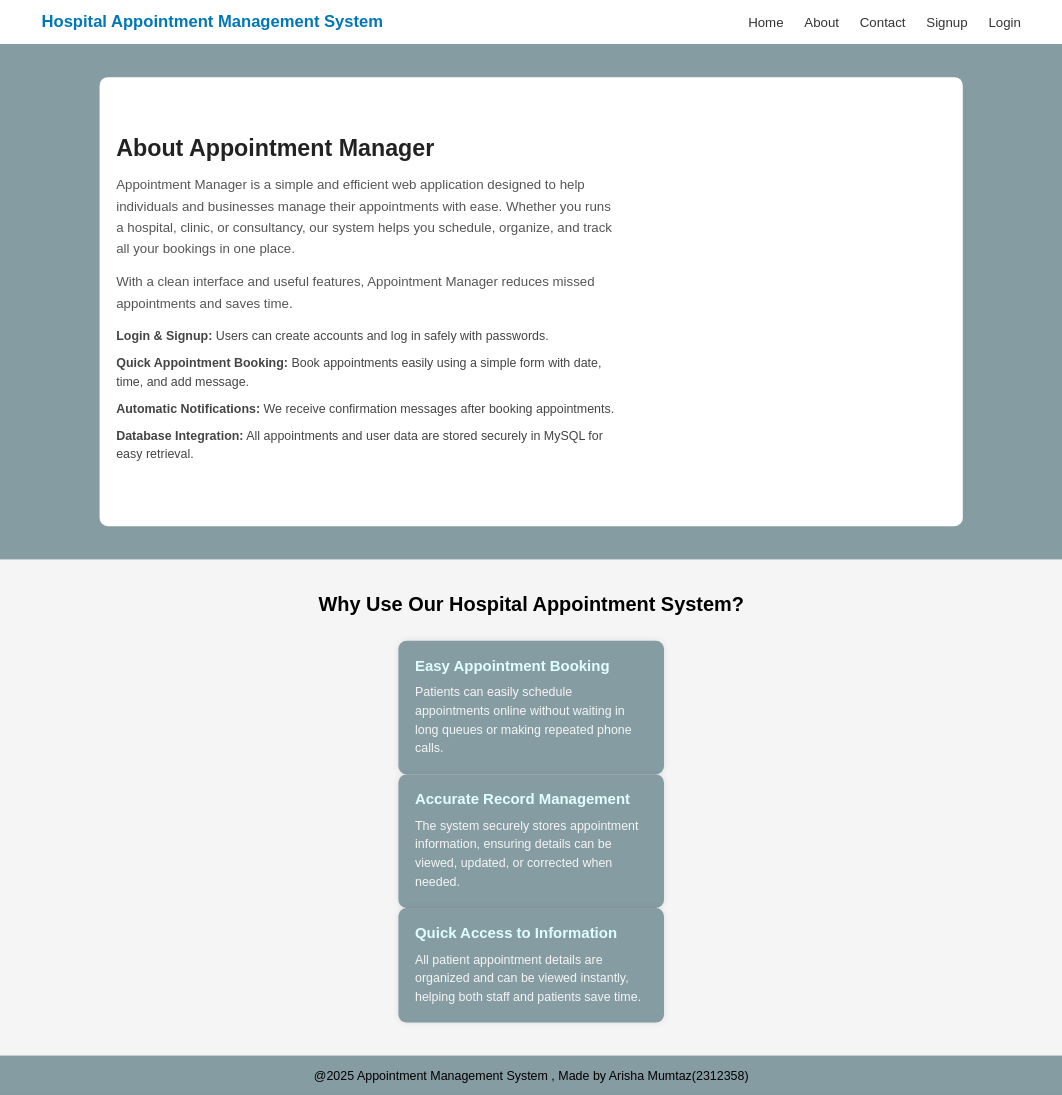
Repository: Arisha004/hospital-management-midterm-
Page: about.html
An editor plug-in stored every save of this project. The page is shown before and after a run of saves, followed by the edit.
The browser window is 1280 px wide. The pictures show the whole page, at 83% of full size.

Above is the page before, as saved 2025-11-02 21:07:09.

### about.html
<html>
<head>
    <title>Document</title>
    <link rel="stylesheet" href="style.css">
    <style>

.about-cards {
  text-align: center;
  padding: 40px 20px;
  background-color: #f5f5f5;
}

.about-cards h3 {
  font-size: 24px;
  margin-bottom: 30px;
  color: black;
}

.card-container {
  display: inline-block;
  justify-content: center;

}

.card {
  background-color: #869CA3;
  width: 280px;
  padding: 20px;
  border-radius: 10px;
  box-shadow: 0 0 8px rgba(0,0,0,0.1);
  text-align: left;
}


.card h4 {
  font-size: 18px;
  margin-bottom: 10px;
  color: lightcyan;
}

.card p {
  font-size: 15px;
  color: whitesmoke;
  line-height: 1.5;
}

      </style>
</head>
<body>
      <header class="navbar">
    <div class="logo">Hospital Appointment Management System</div>
    <nav>
      <ul>
        <li><a href="landingpage.html">Home</a></li>
        <li><a href="about.html">About</a></li>
        <li><a href="contact.html">Contact</a></li>
          <li><a href="signup.php">Signup</a></li>
        <li><a href="login.php">Login</a></li>
      </ul>
    </nav>
  </header>
<div class="container about-inner">

  <div class="about-content">
    <h2>About Appointment Manager</h2>
    <p>
      Appointment Manager is a simple and efficient web application designed to help individuals and businesses
      manage their appointments with ease. Whether you runs a hospital, clinic, or consultancy, our system
      helps you schedule, organize, and track all your bookings in one place.
    </p>
    <p>
      With a clean interface and useful features, Appointment Manager reduces missed appointments and saves time.
    </p>
    <ul class="features">
      <li><strong> Login & Signup:</strong> Users can create accounts and log in safely with  passwords.</li>
<li><strong>Quick Appointment Booking:</strong> Book appointments easily using a simple form with date, time, and add message.</li>
<li><strong>Automatic Notifications:</strong> We receive confirmation messages after booking appointments.</li>
<li><strong>Database Integration:</strong> All appointments and user data are stored securely in MySQL for easy retrieval.</li>

       </ul>
  </div>
  </div>

 <section class="about-cards">
  <h3>Why Use Our Hospital Appointment System?</h3>
  <div class="card-container">

    <div class="card">
      <h4>Easy Appointment Booking</h4>
      <p>Patients can easily schedule appointments online without waiting in long queues or making repeated phone calls.</p>
    </div>

    <div class="card">
      <h4>Accurate Record Management</h4>
      <p>The system securely stores appointment information, ensuring details can be viewed, updated, or corrected when needed.</p>
    </div>

    <div class="card">
      <h4>Quick Access to Information</h4>
      <p>All patient appointment details are organized and can be viewed instantly, helping both staff and patients save time.</p>
    </div>

  </div>
</section>



<footer>
    <p>  @2025 Appointment Management System , Made by Arisha Mumtaz(2312358)</p>
  </footer>
</body>
</html>

### style.css

* {
  margin: 0;
  padding: 0;
  font-family: 'Poppins', sans-serif;
}

body {
  background: #869CA3;
  color: #333;
}

.about {
  background-color: #f9f9f9;
  padding: 80px 0; /*80px top & bottom, 0 left & right */
}

.about-image img {

  width: 450px;
  border-radius: 10px;
}

.about-content {
  margin-top: 20px;
  width: 300px;
}

.about-content h2 {
  font-size: 28px;
  color: #1a73e8;
  margin-bottom: 15px;
}

.about-content p {
  font-size: 16px;
  color: #555;
  line-height: 1.6;
  margin-bottom: 20px;
}

.features {
  list-style: none;
  padding: 0;
  margin-bottom: 25px;
}

.features li {
  margin-bottom: 10px;
  color: #444;
  font-size: 15px;
  line-height: 1.5;
}



/* Contact Section */
.contact {
  background-color: #f5f9ff;
  padding: 80px 0;
}

.contact-inner {
  width: 600px;
  margin-left: 400PX;
  text-align: center;
}

.contact h2 {
  font-size: 28px;
  color: #1a73e8;
  margin-bottom: 10px;
}

.contact p {
  color: #555;
  margin-bottom: 30px;
  font-size: 15px;
  line-height: 1.6;
}

.contact-form {
  background-color: #fff;
  padding: 35px 40px;
  border-radius: 12px;
  text-align: left;
}

.form-group {
  margin-bottom: 18px;
}

label {
  font-weight: 500;
  margin-bottom: 6px;
  color: #333;
}

label span {
  color: red;
}

input, textarea {
  width: 100%;
  padding: 10px 12px;
  border: 1px solid #ccc;
  border-radius: 6px;
  font-size: 14px;
}



.contact-form .btn {
  display: inline-block;
  background-color: #869CA3;
  color: #fff;
  padding: 10px 22px;
  border: none;
  border-radius: 6px;
  cursor: pointer;
  font-weight: 500;

  margin-left: 130px;
   text-align: center;
}

.contact-form .btn:hover {
  background-color: #7498a3;
}


.navbar {
  display: flex;
  justify-content: space-between;
  align-items: center;
  padding: 15px 50px;
  background: #fff;

 }

.navbar .logo {
  font-weight: 700;
  font-size: 20px;
  color: #0077b6;
}

.navbar ul {
  display: flex;
  list-style: none;
}

.navbar ul li a {
  text-decoration: none;
  color: #333;
  margin-left: 25px;
}

.navbar ul li a:hover {
  color: #0077b6;
}

/* Split Landing Section */
.landing {
  display: flex; /*makes .landing a flex container.*/
  height: 600px;
}


  button{

  display: inline-block;
  background-color: #869CA3;
  color: #fff;
  padding: 10px 22px;
  border: none;
  border-radius: 6px;
  cursor: pointer;
  font-weight: 500;

   text-align: center;
}

button:hover {
  background-color: #7498a3;
}
.landing .left {
  flex: 1;
  width: 50%;
  padding: 0 70px; /*adds 70px space on left and right (inner spacing).*/
  background: #fefefe;
}


.landing .left h1 {
  margin-top: 200px;
  font-size: 30px;
  color: #023e8a;
  margin-bottom: 20px;
}

.landing .left p {
  font-size: 20px;
  color: #555;
  margin-bottom: 30px;
  line-height: 1.6;
}

.btn {
  background: #869CA3;
  color: #fff;
  padding: 12px 25px;
  border-radius: 30px;
  text-decoration: none;
  font-weight: 300;
  width: 300px;
}

.btn:hover {
  background: #7498a3;
}

.landing .right {
  width:700px;
  background:url(images/pic1.png);
  background-repeat: no-repeat;
  background-size: cover;
}





.form1-container {
  width: 520px;
  margin: 80px auto;
  background: white;
  padding: 20px;
  border-radius: 8px;
}

.form1-container h2 {
  text-align: center;
  color: #333;
}

.form1-container label {
  display: block;
  margin-top: 10px;
  color: #555;
}

.form1-container input {
  width: 100%;
  padding: 8px;
  margin-top: 5px;
  border: 1px solid #ccc;
  border-radius: 4px;
}

.form1-container button {
  width: 100%;
  margin-top: 15px;
  padding: 10px;
  background: #869CA3;
  border: none;
  color: white;
  border-radius: 4px;
  cursor: pointer;
}

.form1-container button:hover {
  background: #7498a3;
}

.form1-container p {
  text-align: center;
  margin-top: 10px;
}

.success {
  text-align: center;
  background: #d4edda;
  color: #155724;
  padding: 8px;
  border-radius: 5px;
  margin: 10px auto;
  width: 320px;
}

.error {
  text-align: center;
  background: #f8d7da;
  color: #721c24;
  padding: 8px;
  border-radius: 5px;
  margin: 10px auto;
  width: 320px;
}

footer {
  text-align: center;
  padding: 15px;
 background-color:#869CA3;
  color: black;
  font-size: 15px;

}

.container.about-inner {
  padding: 50px 20px;
  background-color: #fff;
  margin: 40px auto;
  width: 1000px;
  border-radius: 10px;

}


.about-content {
  width: 600px;
}

.about-content h2 {
  font-size: 28px;
  margin-bottom: 15px;
  color: #222;
}

.about-content p {
  font-size: 16px;
  line-height: 1.6;
  margin-bottom: 15px;
}

After the next 3 saves:
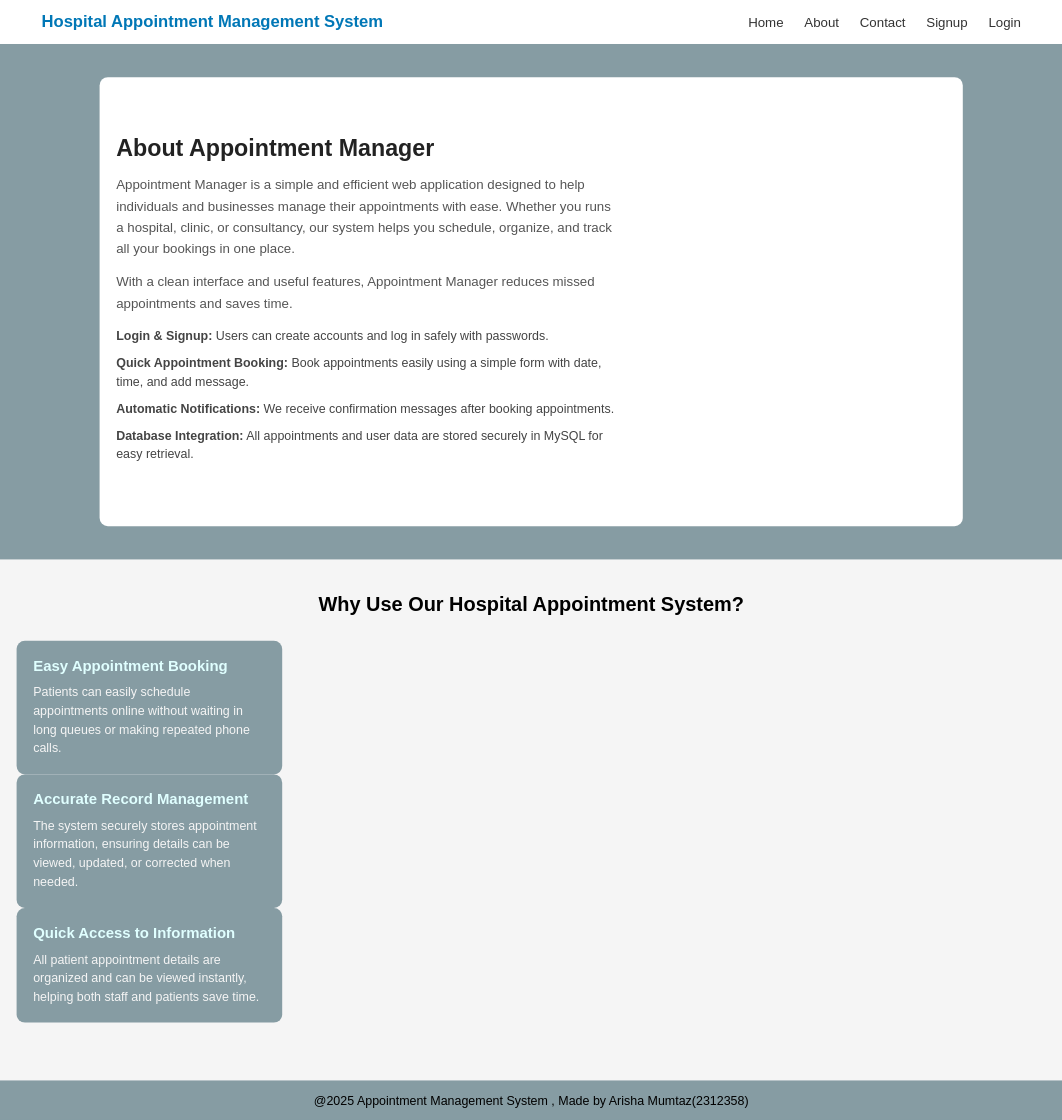
The 3 saves are shown as one change because they came seconds apart.
The last was saved 9 s later.
--- a/about.html
+++ b/about.html
@@ -17,8 +17,7 @@
 }
 
 .card-container {
-  display: inline-block;
-  justify-content: center;
+  margin-bottom: 30px;
 
 }
 
@@ -27,7 +26,6 @@
   width: 280px;
   padding: 20px;
   border-radius: 10px;
-  box-shadow: 0 0 8px rgba(0,0,0,0.1);
   text-align: left;
 }
 
